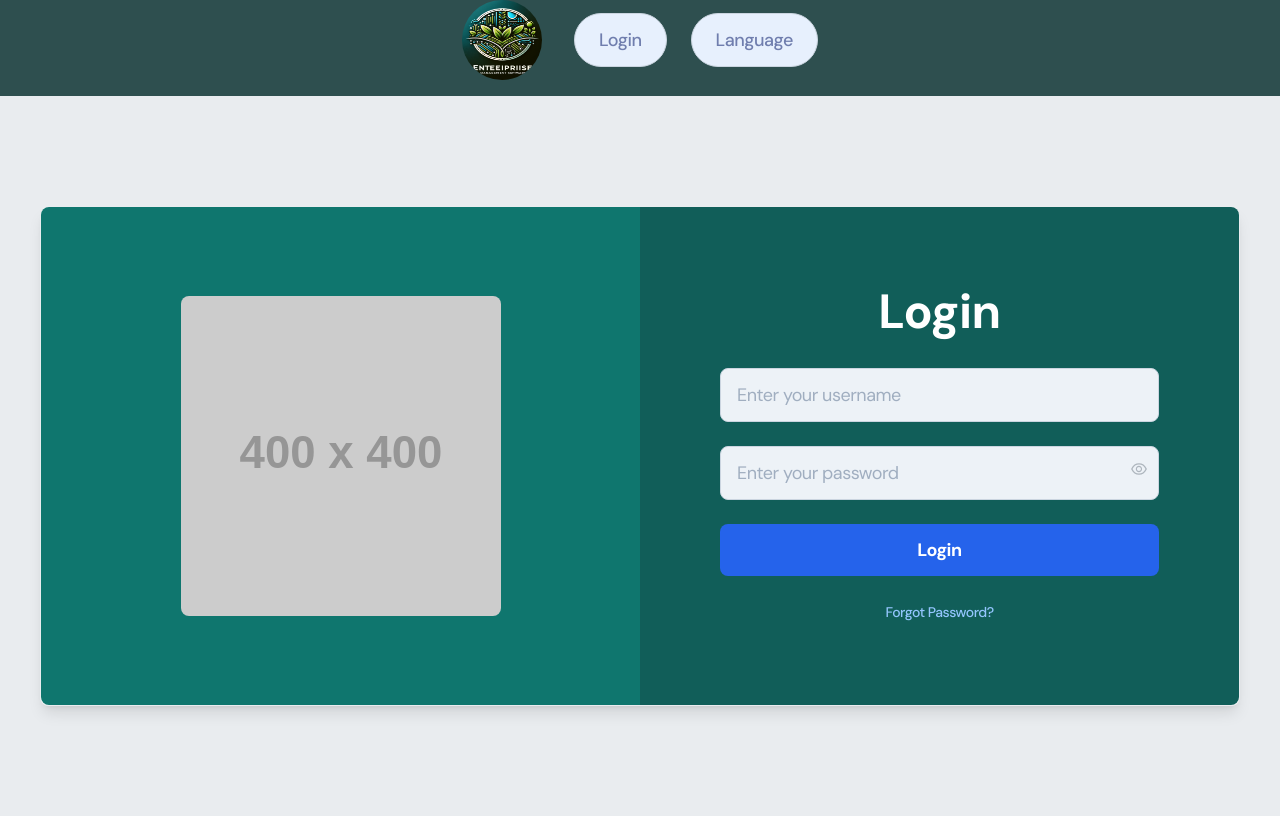
Repository: GinTee7/HR-Management
Page: / (app in Project-Management/)
An editor plug-in stored every save of this project. The page is shown before and after the next save, followed by the edit.
The browser window is 1280 px wide. The pictures show the whole page.
The project was rebuilt for these pictures with package versions that can differ from the ones it lists, and the page was loaded fresh each time. Also part of the build but not shown: Project-Management/vite.config.js, Project-Management/src/components/Login/ForgotPassword.jsx.

Above is the page before, as saved 2025-01-01 09:17:40.

### Project-Management/src/index.css
@import url('https://fonts.googleapis.com/css2?family=Poppins:wght@100;200;300;400;500;600;700;800&display=swap');
@import url('https://fonts.googleapis.com/css2?family=DM+Sans:wght@400;500;700&display=swap');
@tailwind base;
@tailwind components;
@tailwind utilities;

@layer base {
	html {
		font-family: 'DM Sans', sans-serif !important;
		font-feature-settings: 'kern' !important;
		-webkit-font-smoothing: antialiased;
		letter-spacing: -0.5px;
	}
}

code {
  font-family: source-code-pro, Menlo, Monaco, Consolas, 'Courier New',
    monospace;
}

### Project-Management/src/App.jsx
import { BrowserRouter as Router, Route, Routes } from "react-router-dom";
import Login from "./components/Login/LoginPage";
import Header from "./components/Login/Header";
import ForgotPassword from "./components/Login/ForgotPassword";

function App() {
  return (
    <Router>
      <div className="App">
        <Header />
        <Routes>
          <Route path="/" element={<Login />} />
          <Route path="/login" element={<Login />} />
          <Route path="/forgot-password" element={<ForgotPassword />} />
        </Routes>
      </div>
    </Router>
  );
}

export default App;

### Project-Management/src/components/Login/LoginPage.jsx
import { useState } from "react";
import { Link, useNavigate } from "react-router-dom";
import { EyeOutlined, EyeInvisibleOutlined } from "@ant-design/icons";

const LoginPage = () => {
  const [username, setUsername] = useState("");
  const [password, setPassword] = useState("");
  const [passwordVisible, setPasswordVisible] = useState(false);
  const [loading, setLoading] = useState(false);
  const navigate = useNavigate();

  const validateUsername = (username) => username.trim() !== "";
  const validatePassword = (password) => password.length >= 8;

  const handleSubmit = (e) => {
    e.preventDefault();

    if (!validateUsername(username)) {
      alert("Username cannot be empty");
      return;
    }

    if (!validatePassword(password)) {
      alert("Password must be at least 8 characters");
      return;
    }

    if (username === "admin" && password === "password123") {
      alert("Login successful!");
      navigate("/admin");
    } else {
      alert("Invalid username or password");
    }
  };

  return (
    <div className="flex items-center justify-center min-h-screen bg-gray-200">
      <div className="flex shadow-lg bg-white border rounded-lg w-[1200px] h-[500px]">
        {/* Left Section with Image */}
        <div className="flex items-center justify-center w-1/2 bg-teal-700 rounded-l-lg">
          <img
            src="https://via.placeholder.com/400" // Replace with your actual image URL
            alt="Brand Logo"
            className="object-contain rounded-lg w-80 h-80"
          />
        </div>

        {/* Right Section */}
        <div className="flex flex-col justify-center w-1/2 px-20 bg-teal-800 rounded-r-lg">
          <h2 className="mb-8 text-5xl font-bold text-center text-white">
            Login
          </h2>
          <form onSubmit={handleSubmit} className="flex flex-col w-full gap-6">
            {/* Username Input */}
            <input
              className="w-full px-4 py-3 text-lg text-gray-900 placeholder-gray-400 bg-gray-100 border border-gray-300 rounded-lg focus:outline-none focus:ring-2 focus:ring-blue-500"
              type="text"
              placeholder="Enter your username"
              value={username}
              onChange={(e) => setUsername(e.target.value)}
            />

            {/* Password Input */}
            <div className="relative">
              <input
                className="w-full px-4 py-3 text-lg text-gray-900 placeholder-gray-400 bg-gray-100 border border-gray-300 rounded-lg focus:outline-none focus:ring-2 focus:ring-blue-500"
                type={passwordVisible ? "text" : "password"}
                placeholder="Enter your password"
                value={password}
                onChange={(e) => setPassword(e.target.value)}
              />
              <button
                type="button"
                className="absolute text-gray-500 right-3 top-3"
                onClick={() => setPasswordVisible(!passwordVisible)}
              >
                {passwordVisible ? <EyeInvisibleOutlined /> : <EyeOutlined />}
              </button>
            </div>

            {/* Login Button */}
            <button
              type="submit"
              disabled={loading}
              className={`w-full py-3 text-lg font-semibold text-white rounded-lg focus:outline-none transition-all ${
                loading ? "bg-gray-500" : "bg-blue-600 hover:bg-blue-700"
              }`}
            >
              {loading ? "Logging in..." : "Login"}
            </button>

            {/* Forgot Password */}
            <div className="text-center">
              <Link
                to="/forgot-password"
                className="text-sm font-medium text-blue-300 hover:underline"
              >
                Forgot Password?
              </Link>
            </div>
          </form>
        </div>
      </div>
    </div>
  );
};

export default LoginPage;

### Project-Management/src/components/Login/Header.jsx
import logo from "./image/logo.png";
import React, { useState } from "react";
import { Link } from "react-router-dom";

const Header = () => {
  const [isDropdownOpen, setIsDropdownOpen] = useState(false);

  const toggleDropdown = () => {
    setIsDropdownOpen(!isDropdownOpen);
  };

  return (
    <nav className="bg-[#2E4F4F] shadow-md">
      <div className="h-24 px-6 mx-auto max-w-7xl sm:px-8 lg:px-10">
        <div className="relative flex items-center justify-center h-20">
          <div className="flex items-center justify-center">
            <Link to="/">
              <img
                alt="Logo"
                src={logo}
                className="w-20 h-20 rounded-full mp-6"
              />
            </Link>
          </div>

          <div className="flex items-center ml-8">
            <Link to="/">
              <button
                type="button"
                className="relative px-6 py-3 text-lg font-medium rounded-full bg-[#E7F0FD] text-gray-700 border border-gray-300 hover:bg-[#2E4F4F] hover:text-white"
              >
                Login
              </button>
            </Link>

            <div className="relative ml-6">
              <button
                onClick={toggleDropdown}
                className="flex items-center px-6 py-3 text-lg font-medium text-gray-700 bg-[#E7F0FD] rounded-full border border-gray-300 hover:bg-[#2E4F4F] hover:text-white"
              >
                Language
              </button>

              {isDropdownOpen && (
                <div className="absolute right-0 w-40 mt-2 bg-white rounded shadow-lg">
                  <ul>
                    <li>
                      <button
                        onClick={() => {}}
                        className="flex items-center w-full px-4 py-2 text-sm text-gray-700 hover:bg-[#2E4F4F] hover:text-white"
                      >
                        English
                      </button>
                    </li>
                    <li>
                      <button
                        onClick={() => {}}
                        className="flex items-center w-full px-4 py-2 text-sm text-gray-700 hover:bg-[#2E4F4F] hover:text-white"
                      >
                        Tiếng Việt
                      </button>
                    </li>
                  </ul>
                </div>
              )}
            </div>
          </div>
        </div>
      </div>
    </nav>
  );
};

export default Header;

### Project-Management/tailwind.config.js
/ @type {import('tailwindcss').Config} */;
export default {
  content: ["./src/**/*.{js,jsx,ts,tsx}", "./public/index.html"],
  theme: {
    extend: {
      width: {
        ...Array.from({ length: 100 }, (_, i) => i + 1).reduce(
          (acc, val) => ({ ...acc, [`${val}p`]: `${val}%` }),
          {}
        ),
      },
      fontFamily: {
        poppins: ["Poppins", "sans-serif"],
        dm: ["DM Sans", "sans-serif"],
      },
      boxShadow: {
        custom: "14px 17px 40px 4px rgba(0, 0, 0, 0.1)",
        inset: "inset 0px 18px 22px rgba(0, 0, 0, 0.1)",
        darkinset: "0px 4px 4px inset rgba(0, 0, 0, 0.1)",
      },
      borderRadius: {
        custom: "20px",
      },
      colors: {
        white: "#ffffff",
        lightPrimary: "#F4F7FE",
        blueSecondary: "#4318FF",
        brandLinear: "#868CFF",
        bloom: "#e5b7bd",
        hemp: "#a37a78",
        green: "rgb(45, 79, 80)",
        gray: {
          50: "#f8f9fa",
          100: "#edf2f7",
          200: "#e9ecef",
          300: "#cbd5e0",
          400: "#a0aec0",
          500: "#adb5bd",
          600: "#a3aed0",
          700: "#707eae",
          800: "#252f40",
          900: "#1b2559",
        },
        navy: {
          50: "#d0dcfb",
          100: "#aac0fe",
          200: "#a3b9f8",
          300: "#728fea",
          400: "#3652ba",
          500: "#1b3bbb",
          600: "#24388a",
          700: "#1B254B",
          800: "#111c44",
          900: "#0b1437",
        },
        red: {
          50: "#ee5d501a",
          100: "#fee2e2",
          200: "#fecaca",
          300: "#fca5a5",
          400: "#f87171",
          500: "#f53939",
          600: "#ea0606",
          700: "#b91c1c",
          800: "#991b1b",
          900: "#7f1d1d",
        },
      },
    },
    screens: {
      sm: "576px",
      "sm-max": { max: "576px" },
      md: "768px",
      "md-max": { max: "768px" },
      lg: "992px",
      "lg-max": { max: "992px" },
      xl: "1200px",
      "xl-max": { max: "1200px" },
      "2xl": "1320px",
      "2xl-max": { max: "1320px" },
      "3xl": "1600px",
      "3xl-max": { max: "1600px" },
      "4xl": "1850px",
      "4xl-max": { max: "1850px" },
    },
  },
  plugins: [],
};

Loaded but not shown: Project-Management/index.html (common file); Project-Management/src/main.jsx (common file)

After the next save:
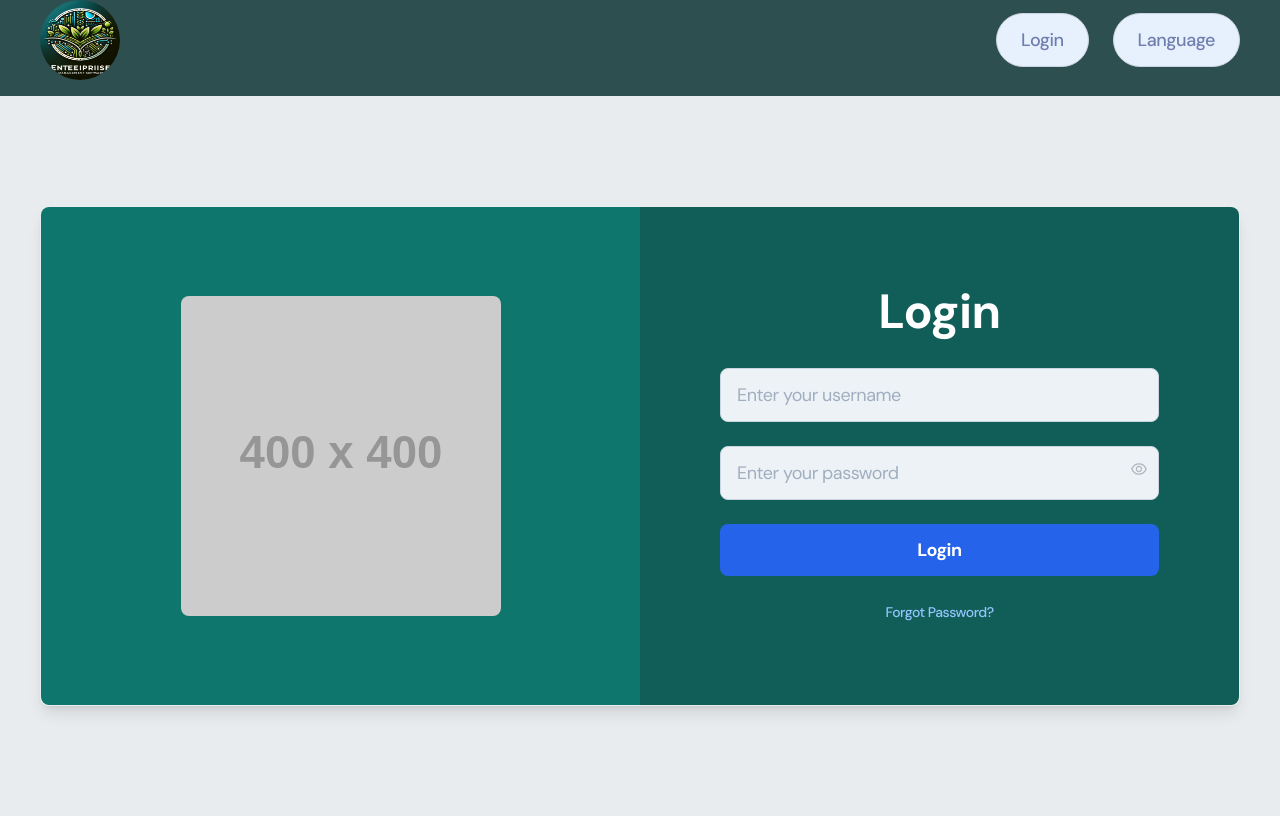
Saved 65 s later.
--- a/Project-Management/src/components/Login/Header.jsx
+++ b/Project-Management/src/components/Login/Header.jsx
@@ -12,8 +12,8 @@
   return (
     <nav className="bg-[#2E4F4F] shadow-md">
       <div className="h-24 px-6 mx-auto max-w-7xl sm:px-8 lg:px-10">
-        <div className="relative flex items-center justify-center h-20">
-          <div className="flex items-center justify-center">
+        <div className="relative flex items-center justify-between h-20">
+          <div className="flex items-center">
             <Link to="/">
               <img
                 alt="Logo"
@@ -23,7 +23,7 @@
             </Link>
           </div>
 
-          <div className="flex items-center ml-8">
+          <div className="flex items-center space-x-6">
             <Link to="/">
               <button
                 type="button"
@@ -33,7 +33,7 @@
               </button>
             </Link>
 
-            <div className="relative ml-6">
+            <div className="relative">
               <button
                 onClick={toggleDropdown}
                 className="flex items-center px-6 py-3 text-lg font-medium text-gray-700 bg-[#E7F0FD] rounded-full border border-gray-300 hover:bg-[#2E4F4F] hover:text-white"
